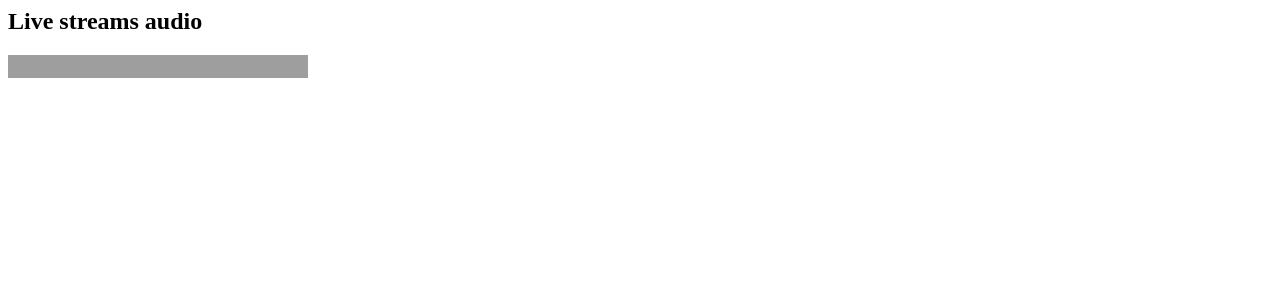
Repository: iGitScor/oneid
Page: web/app/views/full/radio.html
The author's editor kept a record of every edit. The page is drawn from the files as they stood at one moment, then again after the next edit.
The browser window is 1280 px wide. The pictures show the whole page.
Pictures or frames that could not be fetched are drawn as grey boxes.

Above is the page before.

After the next edit:
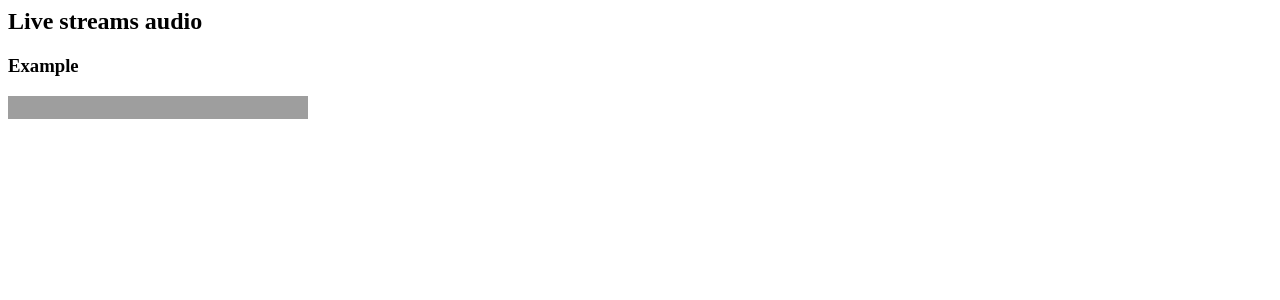
The edit:
--- a/web/app/views/full/radio.html
+++ b/web/app/views/full/radio.html
@@ -1,6 +1,6 @@
 <h2>Live streams audio</h2>
 <div>
-    <h3></h3>
+    <h3>Example</h3>
     <iframe
         height="23"
         src="https://www.youtube.com/embed/GMzBa5Lbnic"
